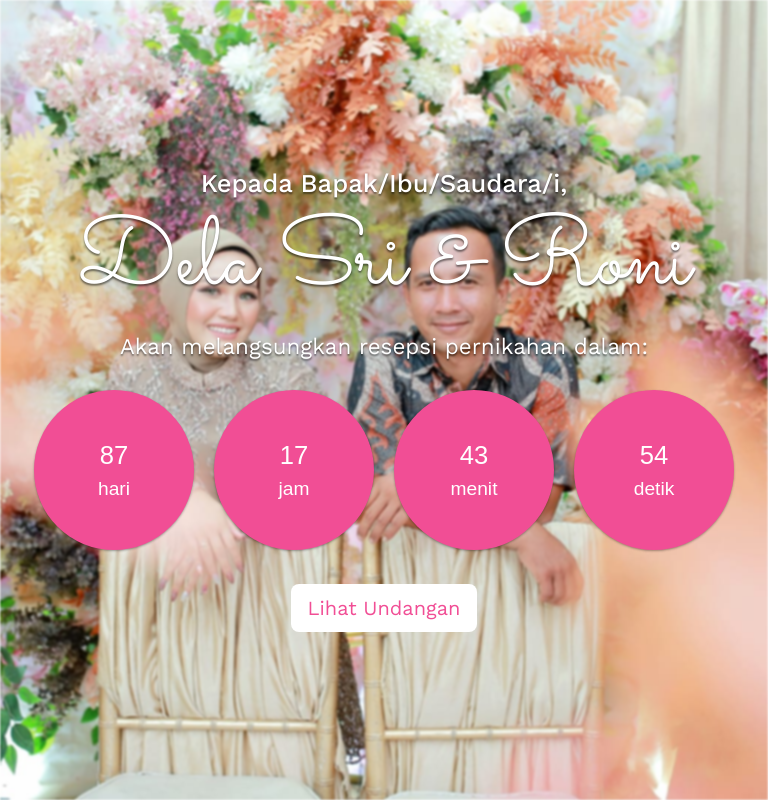
Repository: sellayspy/invitation
Page: index.html
These files come from the project's save history. The page is drawn as it stood at one moment and after the next save; the edit follows.
The browser window is 768 px wide. The pictures show the whole page.

Above is the page before, as saved 2024-07-08 15:10:49.

### index.html
<!DOCTYPE html>
<html lang="en">
  <head>
    <meta charset="utf-8" />
    <meta name="viewport" content="width=device-width, initial-scale=1" />
    <title>Dela & Roni</title>
    <link
      href="https://cdn.jsdelivr.net/npm/bootstrap@5.3.3/dist/css/bootstrap.min.css"
      rel="stylesheet"
      integrity="sha384-QWTKZyjpPEjISv5WaRU9OFeRpok6YctnYmDr5pNlyT2bRjXh0JMhjY6hW+ALEwIH"
      crossorigin="anonymous"
    />
    <link rel="preconnect" href="https://fonts.googleapis.com" />
    <link rel="preconnect" href="https://fonts.gstatic.com" crossorigin />
    <link
      href="https://fonts.googleapis.com/css2?family=Sacramento&family=Work+Sans:ital,wght@0,100..900;1,100..900&display=swap"
      rel="stylesheet"
    />

    <!--Simple Coutdown-->
    <link rel="stylesheet" href="coutdown/simplyCountdown.theme.default.css" />
    <script src="coutdown/simplyCountdown.min.js"></script>

    <link rel="stylesheet" href="style.css" />
  </head>
  <body>
    <section
      id="hero"
      class="hero w-100 h-100 p-3 mx-auto text-center d-flex justify-content-center align-items-center text-white"
    >
      <main>
        <h4>Kepada Bapak/Ibu/Saudara/i,</h4>
        <h1>Dela Sri & Roni</h1>
        <p>Akan melangsungkan resepsi pernikahan dalam:</p>
        <div class="simply-countdown"></div>
        <a href="#undangan" class="btn btn-lg mt-4">Lihat Undangan</a>
      </main>
    </section>
    <script
      src="https://cdn.jsdelivr.net/npm/bootstrap@5.3.3/dist/js/bootstrap.bundle.min.js"
      integrity="sha384-YvpcrYf0tY3lHB60NNkmXc5s9fDVZLESaAA55NDzOxhy9GkcIdslK1eN7N6jIeHz"
      crossorigin="anonymous"
    ></script>

    <script>
      simplyCountdown(".simply-countdown", {
        year: 2024, // required
        month: 10, // required
        day: 4, // required
        hours: 8, // Default is 0 [0-23] integer
        words: {
          //words displayed into the countdown
          days: { singular: "hari", plural: "hari" },
          hours: { singular: "jam", plural: "jam" },
          minutes: { singular: "menit", plural: "menit" },
          seconds: { singular: "detik", plural: "detik" },
        },
      });
    </script>
  </body>
</html>

### coutdown/simplyCountdown.theme.default.css
.simply-countdown {
  overflow: hidden;
  display: table;
  font-family: "Arial", sans-serif;
  margin: auto;
}
.simply-countdown > .simply-section {
  width: 50px;
  height: 50px;
  padding: 80px;
  display: flex;
  align-items: center;
  justify-content: center;
  float: left;
  margin: 10px;
  background: var(--pink);
  box-shadow: 0 1px 3px rgba(0, 0, 0, 0.12), 0 1px 2px rgba(0, 0, 0, 0.24);
  border-radius: 50%;
}
.simply-countdown > .simply-section .simply-amount,
.simply-countdown > .simply-section .simply-word {
  display: block;
  text-align: center;
}
.simply-countdown > .simply-section .simply-amount {
  font-size: 1.6rem;
}

### style.css
:root {
  --pink: #f14e95;

  --bg: #0a0a0a;

  --shadow: 0 2px 2px rgb(0 0 0/ 0.5);
}

body {
  font-size: 1.2rem;
  font-family: "Work Sans", sans-serif;
}

.hero::before {
  content: "";
  position: absolute;
  top: 0;
  left: 0;
  height: 100%;
  width: 100%;
  background-image: url(img/gambar-1.jpg);
  background-size: cover;
  background-position: center;
  z-index: -1;
  filter: blur(1px);
}

.hero {
  position: relative;
  min-height: 100vh;
}

.hero h1,
.hero h4,
.hero p {
  text-shadow: var(--shadow);
}

.hero h1 {
  font-family: "Sacramento", cursive;
  font-size: 6rem;
}

.hero h4 {
  font-size: 1.6rem;
}

.hero p {
  font-size: 1.4rem;
}

.hero a {
  color: var(--pink);

  background-color: white;
}

.hero a:hover {
  background-color: var(--pink);
  color: white;
}

/* Media Query */

/* Laptop */
@media (max-width: 992px) {
}

/* Tablet */
@media (max-width: 768px) {
}

/* mobile phone */
@media (max-width: 576px) {
}

Loaded but not shown: coutdown/simplyCountdown.min.js (library)

After the next save:
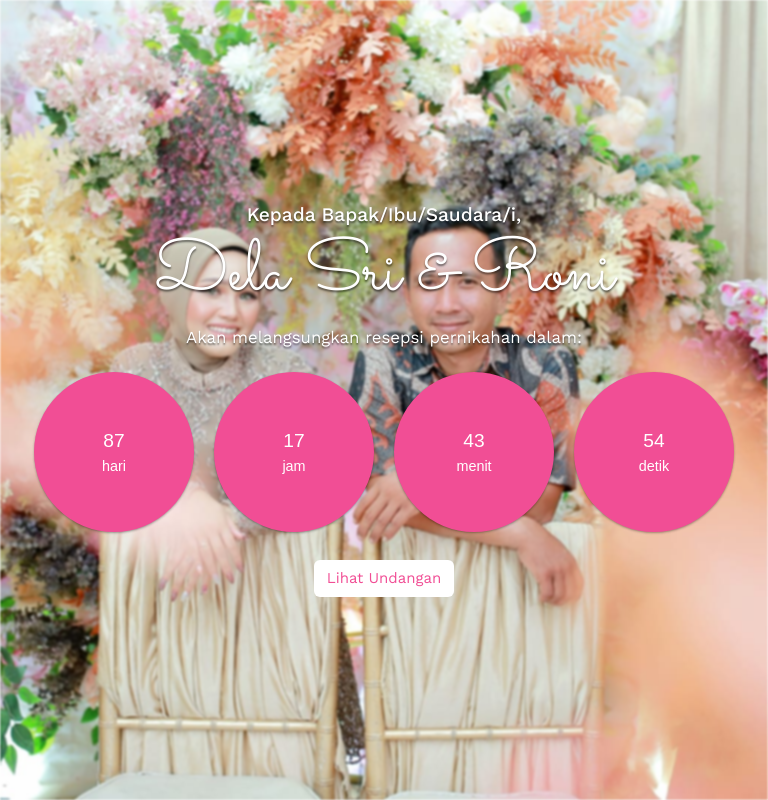
Saved 18 s later.
--- a/style.css
+++ b/style.css
@@ -64,6 +64,9 @@ body {
 
 /* Laptop */
 @media (max-width: 992px) {
+  html {
+    font-size: 75%;
+  }
 }
 
 /* Tablet */
